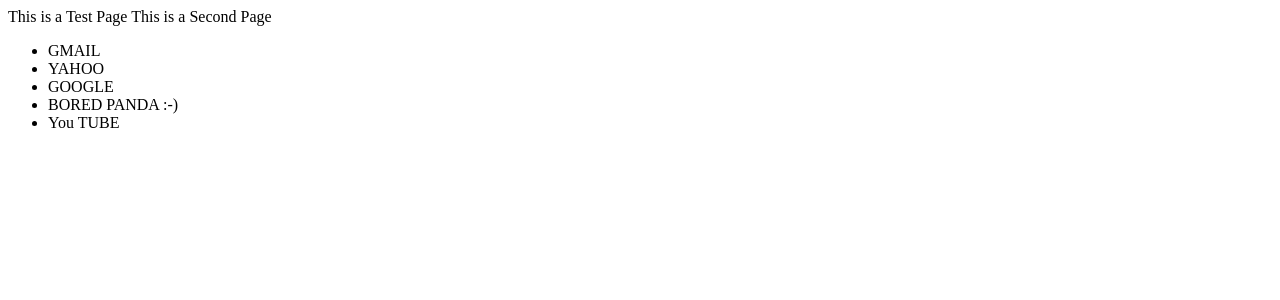
Repository: ShubhankarRaj/JavaCodingPractise
Page: Eclipse Workspace/myProject/src/htmlFiles/First.html
The author's editor kept a copy of each file at every save. The page is drawn from the files as they stood at one save, then again after the next save.
The browser window is 1280 px wide. The pictures show the whole page.

Above is the page before, as saved 2014-06-03 05:47:01.

### Eclipse Workspace/myProject/src/htmlFiles/First.html
<!DOCTYPE html PUBLIC "-//W3C//DTD HTML 4.01 Transitional//EN" "http://www.w3.org/TR/html4/loose.dtd">
<html>
<head>
<meta http-equiv="Content-Type" content="text/html; charset=ISO-8859-1">
<title>Insert title here</title>
</head>
<body>
	This is a Test Page

	This is a Second Page
	<header>
	<nav>
		<ul>
		<li><a href="http://gmail.com"></a>GMAIL</li>
		<li><a href="http://yahoo.co.in"></a>YAHOO</li>
		<li><a href="http://google.com"></a>GOOGLE</li>
		<li><a href="http://boredpanda.com"></a>BORED PANDA :-)</li>
		<li><a href="http://youtube.com"></a>You TUBE</li>
		</ul>

	</nav>
	</header>
	<div></div>
	<footer></footer>
</body>
</html>

After the next save:
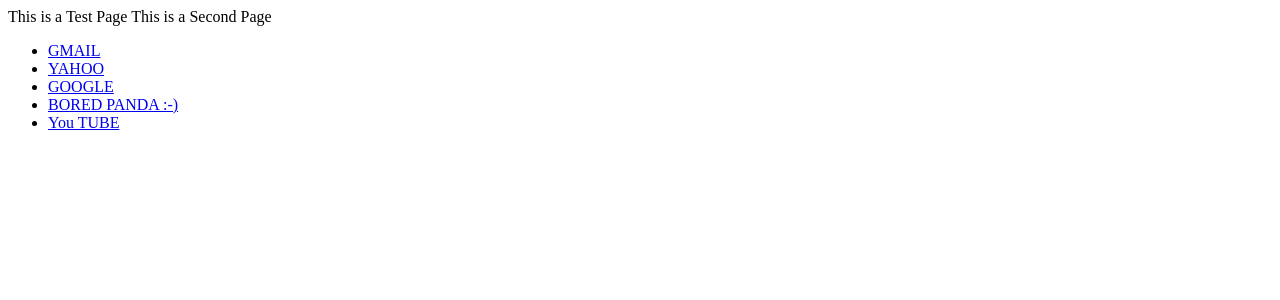
Saved 84 s later.
--- a/Eclipse Workspace/myProject/src/htmlFiles/First.html
+++ b/Eclipse Workspace/myProject/src/htmlFiles/First.html
@@ -11,11 +11,11 @@
 	<header>
 	<nav>
 		<ul>
-		<li><a href="http://gmail.com"></a>GMAIL</li>
-		<li><a href="http://yahoo.co.in"></a>YAHOO</li>
-		<li><a href="http://google.com"></a>GOOGLE</li>
-		<li><a href="http://boredpanda.com"></a>BORED PANDA :-)</li>
-		<li><a href="http://youtube.com"></a>You TUBE</li>
+		<li><a href="http://gmail.com">GMAIL</a></li>
+		<li><a href="http://yahoo.co.in">YAHOO</a></li>
+		<li><a href="http://google.com">GOOGLE</a></li>
+		<li><a href="http://boredpanda.com">BORED PANDA :-)</a></li>
+		<li><a href="http://youtube.com">You TUBE</a></li>
 		</ul>
 
 	</nav>
